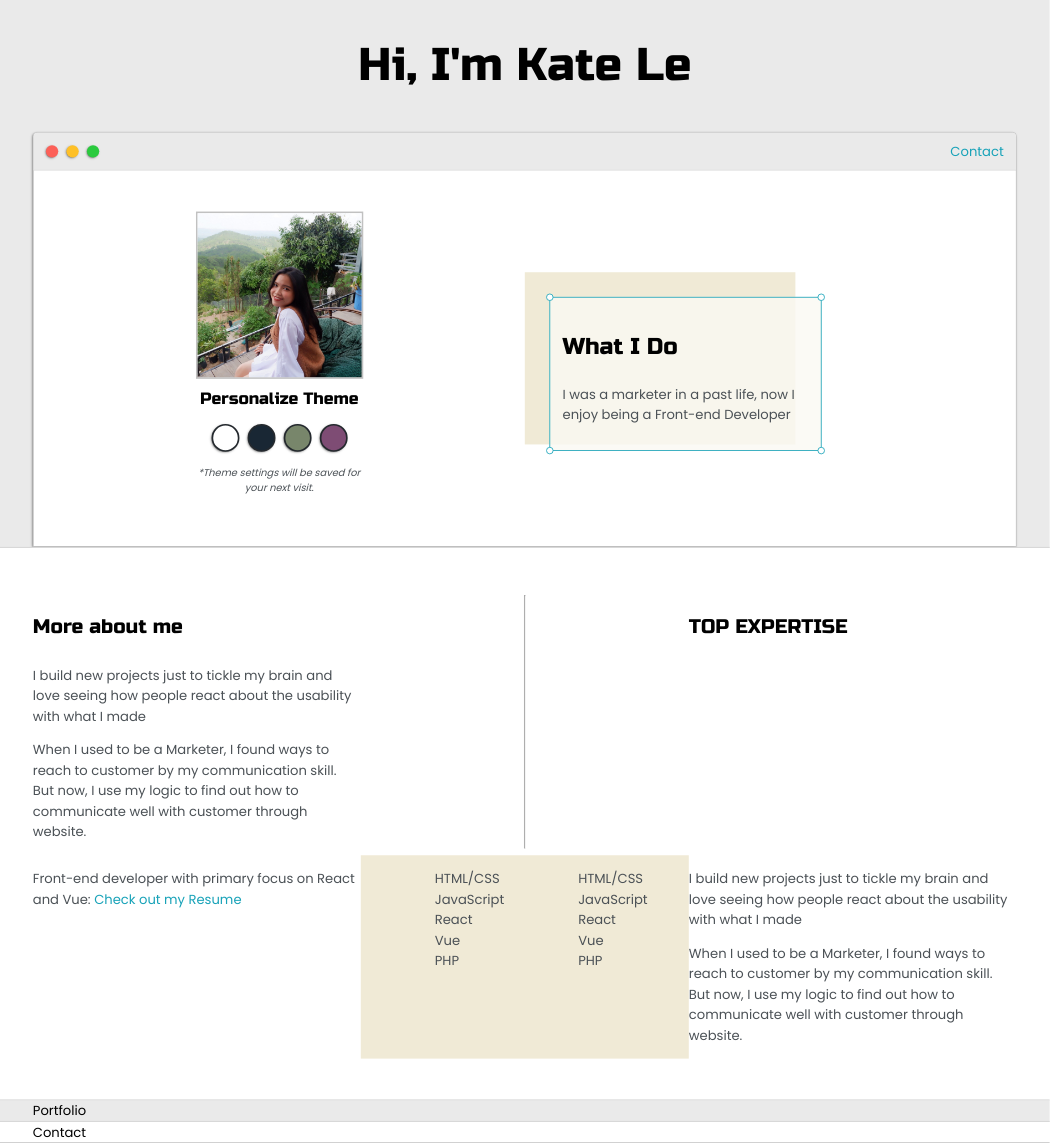
Repository: kate30980/my-persponal-website
Page: index.html
The author's editor kept a copy of each file at every save. The page is drawn from the files as they stood at one save, then again after the next save.
The browser window is 1280 px wide. The pictures show the whole page, at 82% of full size.

Above is the page before, as saved 2021-08-26 22:17:06.

### index.html
<!DOCTYPE html>
<html lang="en">

<head>
    <meta charset="UTF-8">
    <meta http-equiv="X-UA-Compatible" content="IE=edge">
    <meta name="viewport" content="width=device-width, initial-scale=1.0">
    <title>Kate Le</title>
    <link rel="preconnect" href="https://fonts.googleapis.com">
    <link rel="preconnect" href="https://fonts.gstatic.com" crossorigin>
    <link rel="preconnect" href="https://fonts.googleapis.com">
    <link rel="preconnect" href="https://fonts.gstatic.com" crossorigin>
    <link href="https://fonts.googleapis.com/css2?family=Poppins:wght@300;400;600;700&family=Russo+One&display=swap"
        rel="stylesheet">
    <link rel="stylesheet" href="main.css">
</head>

<body>

    <section class="s1">
        <div class="main-container">
            <div class="greeting-wrapper">
                <h1>Hi, I'm Kate Le</h1>
            </div>

            <div class="intro-wrapper">
                <div class="nav-wrapper">
                    <div class="dots-wrapper">
                        <div id="dot-1" class="browser-dot"></div>
                        <div id="dot-2" class="browser-dot"></div>
                        <div id="dot-3" class="browser-dot"></div>
                    </div>
                    <ul id="navigation">
                        <li>
                            <a href="#">Contact</a>
                        </li>
                    </ul>
                </div>
                <div class="left-column">
                    <img id="profile-pic" src="./images/IMG_2624.JPG" alt="img-kate">
                    <h5 style="text-align:center;line-height:0; margin: 25px">Personalize Theme</h5>

                    <div id="theme-options-wrapper">
                        <div id="light-mode" class="theme-dot"></div>
                        <div id="blue-mode" class="theme-dot"></div>
                        <div id="green-mode" class="theme-dot"></div>
                        <div id="purple-mode" class="theme-dot"></div>
                    </div>

                    <p id="settings-note">*Theme settings will be saved for <br> your next visit.</p>
                </div>
                <div class="right-column">

                    <div id="preview-shadow">
                        <div id="preview">
                            <div id="corner-tl" class="corner"></div>
                            <div id="corner-tr" class="corner"></div>
                            <h3>What I Do</h3>
                            <p>I was a marketer in a past life, now I enjoy being a Front-end Developer</p>
                            <div id="corner-br" class="corner"></div>
                            <div id="corner-bl" class="corner"></div>
                        </div>
                    </div>

                </div>
            </div>

        </div>
    </section>

    <section class="s2">
        <div class="main-container">

            <div class="about-wrapper">
                <div class="about-me">
                    <h4>More about me</h4>
                    <p>I build new projects just to tickle my brain and love seeing how people react about the usability
                        with what I made</p>
                    <p>When I used to be a Marketer, I found ways to reach to customer by my communication skill. But
                        now, I use my logic to find out how to communicate well with customer through website.</p>
                </div>

                <hr>

                <h4>TOP EXPERTISE</h4>
                <p>Front-end developer with primary focus on React and Vue: <a target="_blank"
                        href="CV-HAN-LE-FRONTEND-DEV.pdf">Check
                        out my Resume</a></p>

                <div id="skills">
                    <ul>
                        <li>HTML/CSS</li>
                        <li>JavaScript</li>
                        <li>React</li>
                        <li>Vue</li>
                        <li>PHP</li>
                    </ul>
                    <ul>
                        <li>HTML/CSS</li>
                        <li>JavaScript</li>
                        <li>React</li>
                        <li>Vue</li>
                        <li>PHP</li>
                    </ul>
                </div>


                <div class="social-links">
                    <p>I build new projects just to tickle my brain and love seeing how people react about the usability
                        with what I made</p>
                    <p>When I used to be a Marketer, I found ways to reach to customer by my communication skill. But
                        now, I use my logic to find out how to communicate well with customer through website.</p>
                </div>
            </div>

        </div>
    </section>

    <section class="s1">
        <div class="main-container">
            Portfolio
        </div>
    </section>

    <section class="s2">
        <div class="main-container">
            Contact
        </div>
    </section>

</body>

</html>

### main.css
:root {
  --mainText: black;
  --secondaryText: #4b5156;

  --mainColor: #eaeaea;
  --secondaryColor: #fff;

  --borderColor: #c1c1c1;
  --themeDotBorder: #24292e;

  --previewBg: rgba(251, 249, 243, 0.8);
  --previewShadow: #f0ead6;
}

html,
body {
  padding: 0;
  margin: 0;
  font-family: "Poppins", sans-serif;
}
h1,
h2,
h3,
h4,
h5,
h6,
strong {
  color: var(--mainText);
  font-family: "Russo One", sans-serif;
  font-weight: 500;
}

p,
li,
span,
label,
input,
textarea,
select {
  color: var(--secondaryText);
  font-family: "Poppins", sans-serif;
}
ul {
  list-style: none;
}

a {
  text-decoration: none;
  color: #17a2b8;
}

h1 {
  font-size: 56px;
}
h2 {
  font-size: 36px;
}
h3 {
  font-size: 28px;
}
h4 {
  font-size: 24px;
}
h5 {
  font-size: 20px;
}
h6 {
  font-size: 16px;
}

.s1 {
  background-color: var(--mainColor);
  border-bottom: 1px solid var(--borderColor);
  overflow: auto;
}
.s2 {
  background-color: var(--secondaryColor);
  border-bottom: 1px solid var(--borderColor);
  overflow: auto;
}
.main-container {
  width: 1200px;
  margin: 0 auto;
}
.greeting-wrapper {
  display: grid;
  text-align: center;
  align-content: center;
  min-height: 10em;
}

.intro-wrapper {
  background-color: var(--secondaryColor);
  border: 1px solid var(--borderColor);
  border-radius: 5px 5px 0 0;

  -webkit-box-shadow: -1px 1px 3px -1px rgba(0, 0, 0, 0.75);
  -moz-box-shadow: -1px 1px 3px -1px rgba(0, 0, 0, 0.75);
  box-shadow: -1px 1px 3px -1px rgba(0, 0, 0, 0.75);

  display: grid;
  grid-template-columns: 1fr 1fr;
  grid-template-areas:
    "nav-wrapper nav-wrapper"
    "left-column right-column";
}

#navigation {
  margin: 0;
  padding: 10px;
}
#navigation li {
  display: inline-block;
  margin-right: 5px;
  margin-left: 5px;
}

.dots-wrapper {
  display: flex;
  padding: 10px;
}

#dot-1 {
  background-color: #fc6058;
}
#dot-2 {
  background-color: #fec027;
}
#dot-3 {
  background-color: #2aca3e;
}

.browser-dot {
  background-color: black;
  height: 15px;
  width: 15px;
  border-radius: 50%;
  margin: 5px;

  -webkit-box-shadow: -1px 1px 3px -1px rgba(0, 0, 0, 0.75);
  -moz-box-shadow: -1px 1px 3px -1px rgba(0, 0, 0, 0.75);
  box-shadow: -1px 1px 3px -1px rgba(0, 0, 0, 0.75);
}

.nav-wrapper {
  grid-area: nav-wrapper;
  border-bottom: 1px solid var(--borderColor);
  display: flex;
  justify-content: space-between;
  align-items: center;
  background-color: var(--mainColor);
  border-radius: 5px 5px 0 0;
}
.left-column {
  grid-area: left-column;
  padding-top: 50px;
  padding-bottom: 50px;
}
#profile-pic {
  display: block;
  margin: auto;
  height: 200px;
  width: 200px;
  object-fit: cover;
  border: 2px solid var(--borderColor);
}

#theme-options-wrapper {
  display: flex;
  justify-content: center;
}

.theme-dot {
  height: 30px;
  width: 30px;
  border-radius: 50%;
  background-color: black;

  margin: 5px;
  border: 2px solid var(--themeDotBorder);

  -webkit-box-shadow: -1px 1px 3px -1px rgba(0, 0, 0, 0.75);
  -moz-box-shadow: -1px 1px 3px -1px rgba(0, 0, 0, 0.75);
  box-shadow: -1px 1px 3px -1px rgba(0, 0, 0, 0.75);
  cursor: pointer;
}

.theme-dot:hover {
  border-width: 5px;
}
#light-mode {
  background-color: #fff;
}
#blue-mode {
  background-color: #192734;
}
#green-mode {
  background-color: #78866b;
}
#purple-mode {
  background-color: #7e4c74;
}
#settings-note {
  font-size: 12px;
  font-style: italic;
  text-align: center;
}

.right-column {
  grid-area: right-column;
  display: grid;
  align-content: center;

  padding-top: 50px;
  padding-bottom: 50px;
}

#preview-shadow {
  background-color: var(--previewShadow);
  width: 300px;
  height: 180px;
  padding-left: 30px;
  padding-top: 30px;
}

#preview {
  width: 300px;
  border: 1.5px solid #17a2b8;
  background-color: var(--previewBg);
  padding: 15px;
  position: relative;
}
.corner {
  width: 7px;
  border: 1.5px solid #17a2b8;
  height: 7px;
  border-radius: 50%;
  background-color: #fff;
  position: absolute;
}
#corner-tl {
  top: -5px;
  left: -5px;
}
#corner-tr {
  top: -5px;
  right: -5px;
}
#corner-br {
  bottom: -5px;
  right: -5px;
}
#corner-bl {
  bottom: -5px;
  left: -5px;
}

.about-wrapper {
  display: grid;
  padding-bottom: 50px;
  padding-top: 50px;
  grid-template-columns: repeat(auto-fit, minmax(320px, 1fr));
  /*Repeat this action right here which tells us auto fit as many colums as we can into this row, however many colums will fil in there  and add them in there and repeat it this way with min max say that the column should never be smaller than 320px, so once we get to the point where it starts crushing it, go ahead and start naturally stacking those item*/
}

#skills {
  display: flex;
  justify-content: space-evenly;
  background-color: var(--previewShadow);
}

@media screen and (max-width: 1200px) {
  .main-container {
    width: 95%;
  }
}
@media screen and (max-width: 800px) {
  .intro-wrapper {
    grid-template-columns: 1fr;
    grid-template-areas:
      "nav-wrapper"
      "left-column"
      "right-column";
  }
  .right-column {
    justify-content: center;
  }
}

After the next save:
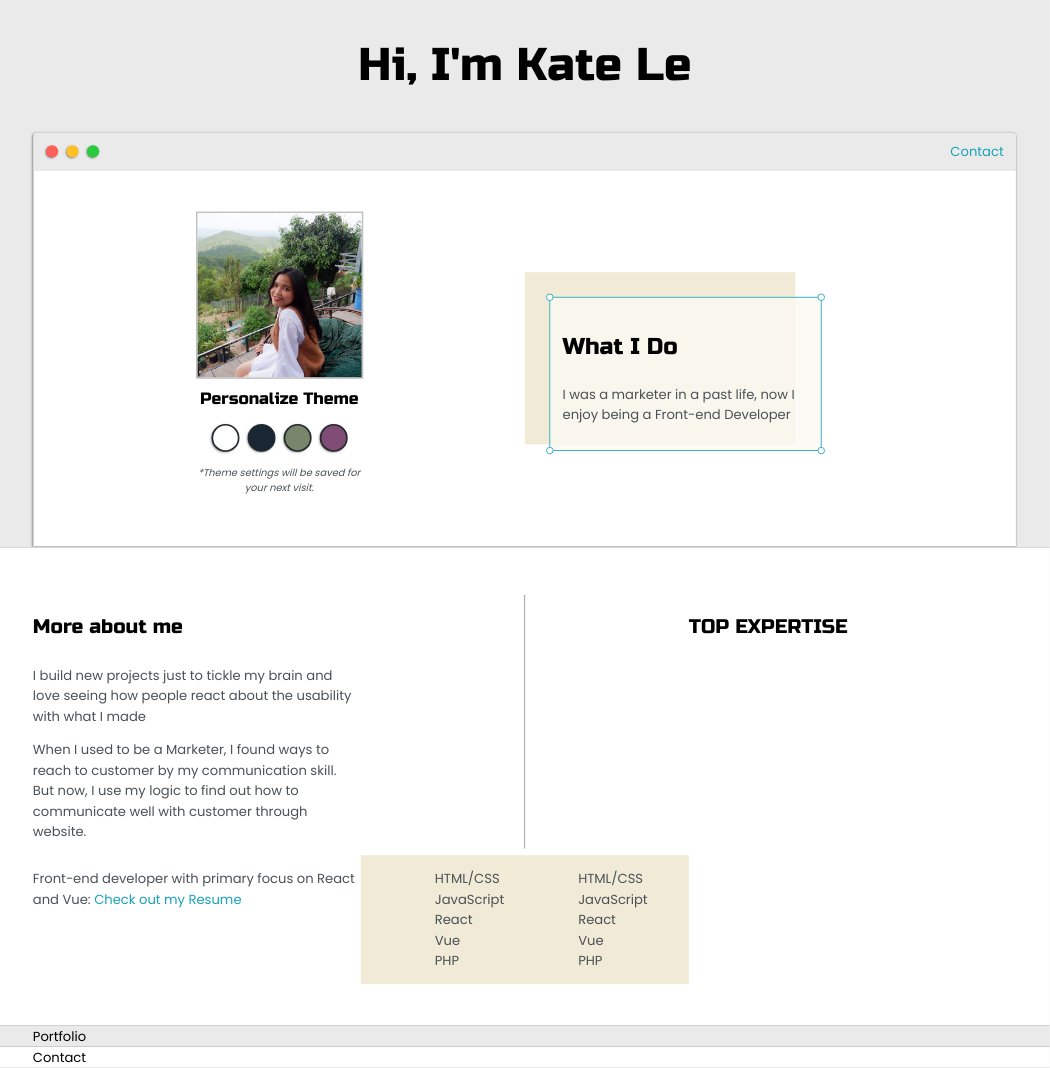
Saved 22 s later.
--- a/index.html
+++ b/index.html
@@ -106,10 +106,7 @@
 
 
                 <div class="social-links">
-                    <p>I build new projects just to tickle my brain and love seeing how people react about the usability
-                        with what I made</p>
-                    <p>When I used to be a Marketer, I found ways to reach to customer by my communication skill. But
-                        now, I use my logic to find out how to communicate well with customer through website.</p>
+
                 </div>
             </div>
 
